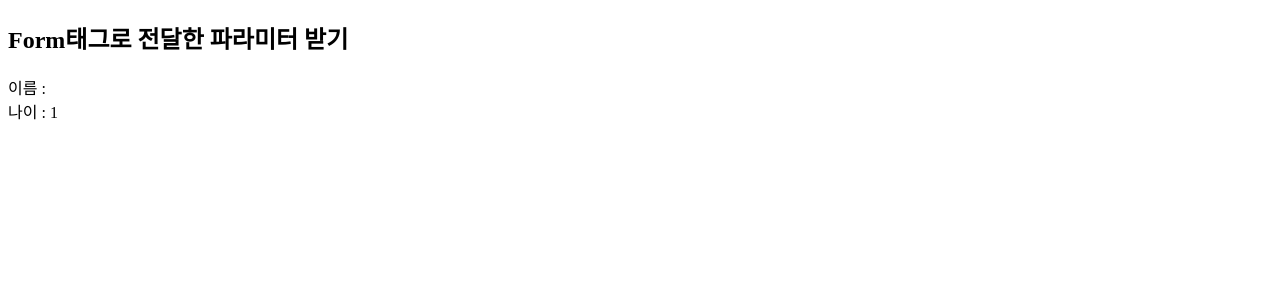
Repository: saeeeem2/2023JSTL
Page: http://localhost/jstl_study/step-3.jsp
The author's editor kept a copy of each file at every save. The page is drawn from the files as they stood at one save, then again after the next save.
The browser window is 1280 px wide. The pictures show the whole page.
The page is served by Tomcat 9. Other server files are loaded and not shown.

Above is the page before, as saved 2023-11-22 05:41:30.

### jstl_study/src/main/webapp/step-3.jsp
<%@ page language="java" contentType="text/html; charset=UTF-8"
    pageEncoding="UTF-8"%>
    <%@ taglib uri="http://java.sun.com/jsp/jstl/core" prefix="c" %>
<!DOCTYPE html>
<html>
<head>
<meta charset="UTF-8">
<title>Insert title here</title>
</head>
<body>
<h2>Form태그로 전달한 파라미터 받기</h2>
	이름 : ${param.name }<br>
	나이 : ${param.age+1 }<br>

<!-- c:if로 나이가 18세 미만이면 미성년자 입니다.라고 출력 -->
<c:if test="${param.age <18}">
<h2>${param.name }은 미성년자 입니다.</h2>
</c:if>
</body>
</html>

After the next save:
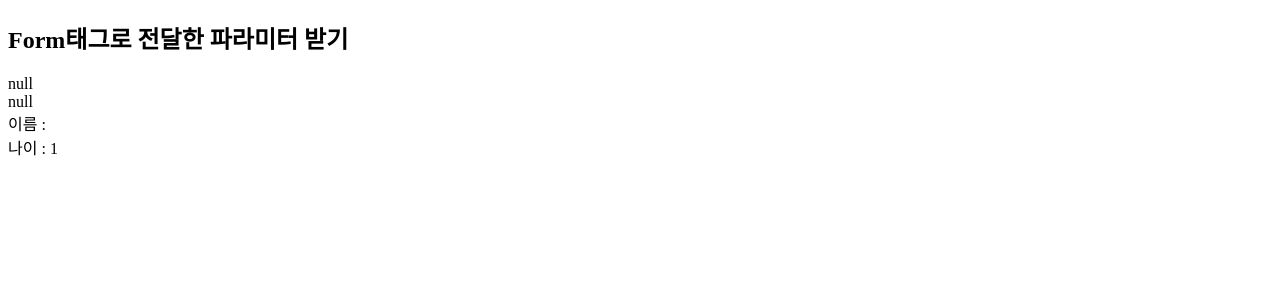
Saved 104 s later.
--- a/jstl_study/src/main/webapp/step-3.jsp
+++ b/jstl_study/src/main/webapp/step-3.jsp
@@ -9,6 +9,11 @@
 </head>
 <body>
 <h2>Form태그로 전달한 파라미터 받기</h2>
+
+	<%=request.getParameter("name") %><br>
+	<%=request.getParameter("age") %><br>
+
+<!-- EL방식은 내부적으로 형변환을 하여 연산이 가능함 -->
 	이름 : ${param.name }<br>
 	나이 : ${param.age+1 }<br>
 
